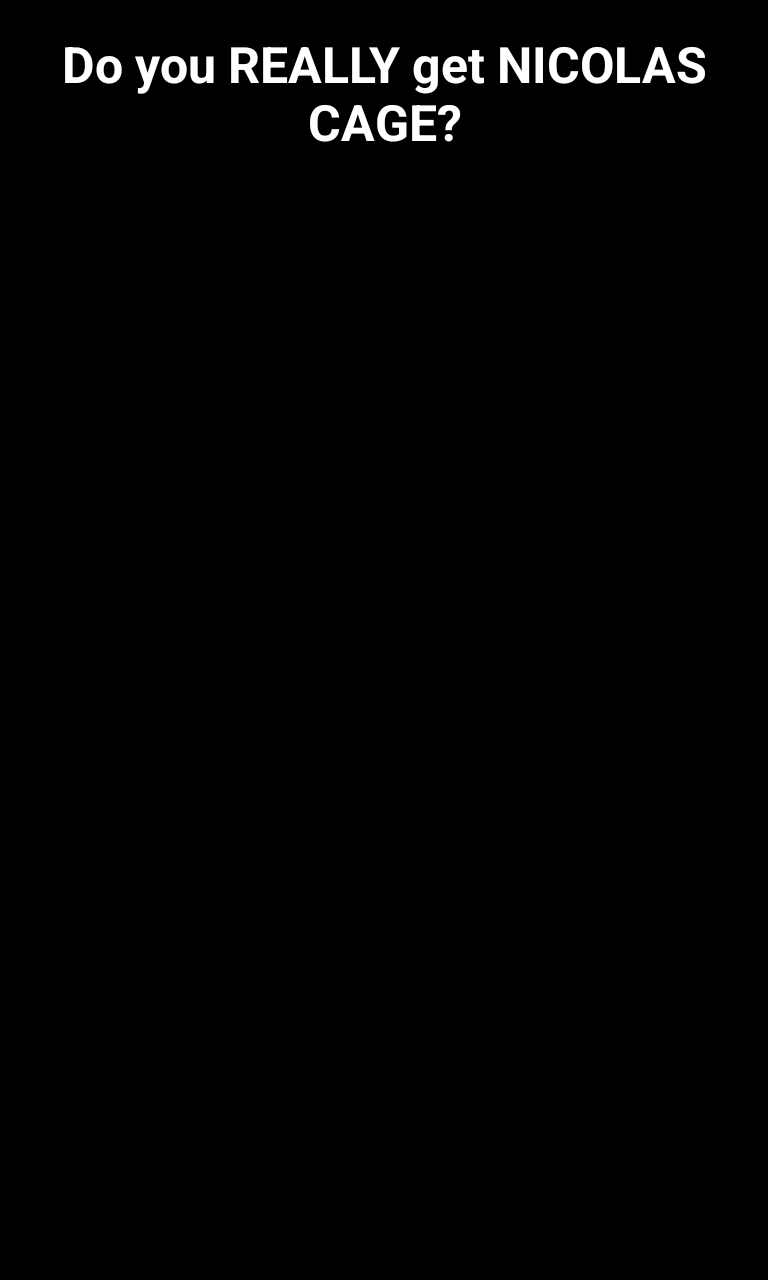
Repository: kylenicola/NicCageMobileApp
Layout: NicolasCageApp/res/layout/activity_score_menu.xml
The author's editor kept a copy of each file at every save. The layout is drawn from the files as they stood at one save, then again after the next save.
It is drawn on a 768 x 1280 px phone screen (xhdpi) without system bars, with theme AppTheme; the app's code is not run.

Above is the layout before, as saved 2014-12-04 01:38:09.

After the next save:
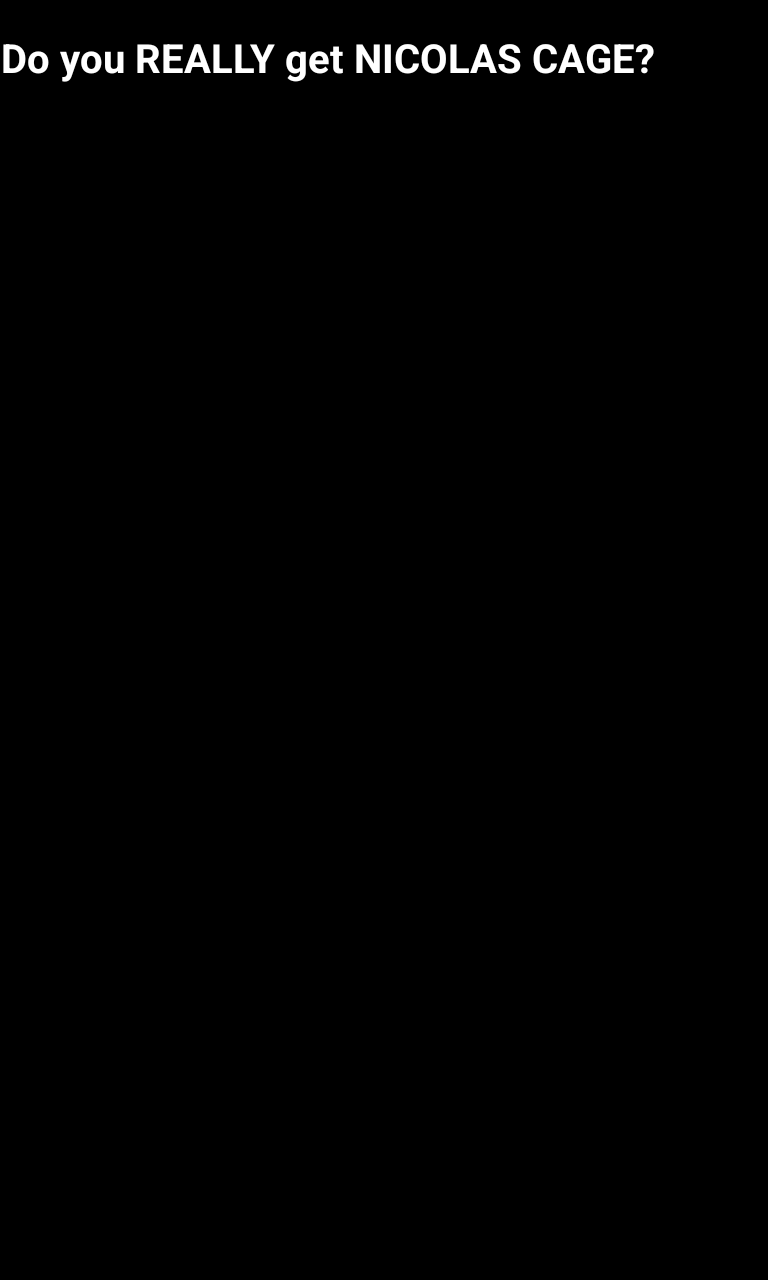
Saved 28 s later.
--- a/NicolasCageApp/res/layout/activity_score_menu.xml
+++ b/NicolasCageApp/res/layout/activity_score_menu.xml
@@ -12,7 +12,7 @@
 	     android:gravity="center"
 	     android:layout_marginTop="15dp"
 	     android:text="@string/score_menu_title"
-	     android:textSize="25sp"
+	     android:textSize="20sp"
 	     android:textStyle="bold"
 	     android:textColor="@android:color/white" />
 
